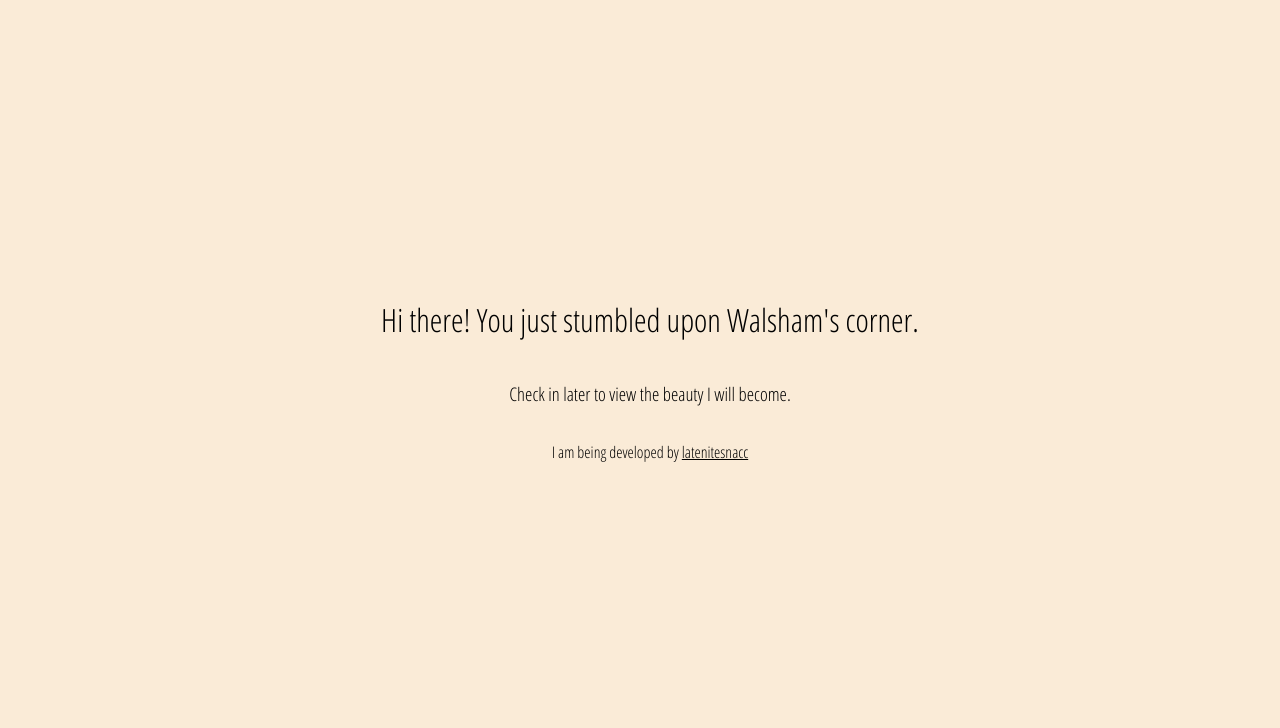
Repository: latenightsnacc/Coming-Soon-Pages
Page: index.html
These files come from the project's save history. The page is drawn as it stood at one moment and after the next save; the edit follows.
The browser window is 1280 px wide. The pictures show the whole page.

Above is the page before, as saved 2020-10-13 15:57:49.

### index.html
<!DOCTYPE html>
<html lang="en">
<head>
    <meta charset="UTF-8">
    <meta name="viewport" content="width=device-width, initial-scale=1.0">
    <link href="https://fonts.googleapis.com/css2?family=Open+Sans+Condensed:wght@300&display=swap" rel="stylesheet">
    <title>Welcome to Walsham's Corner | Walsham's corner</title>
    <style>
        html,body{
            background-color: antiquewhite;
            height: 100%;
            overflow: hidden;
        }
        .container {
            display: flex;
            flex-direction: column;
            justify-content: center;
            align-items: center;
            padding: 10px;
            width: 100%;
            height: 100%;
        }
        .text-center{
            text-align: center;
        }
        h1, h3, p, a {
           font-family: 'Open Sans Condensed', sans-serif;
           color: black;
           font-weight: 300;
        }
    </style>
</head>

<body>
    <div class="container text-center">
        <h1>Hi there! You just stumbled upon Walsham's corner.</h1>
        <h3>Check in later to view the beauty I will become.</h3>
        <p>I am being developed by <a href="mailto:egonubuchi97@gmail.com">latenitesnacc</a> </p>

    </div>
</body>
</html>

After the next save:
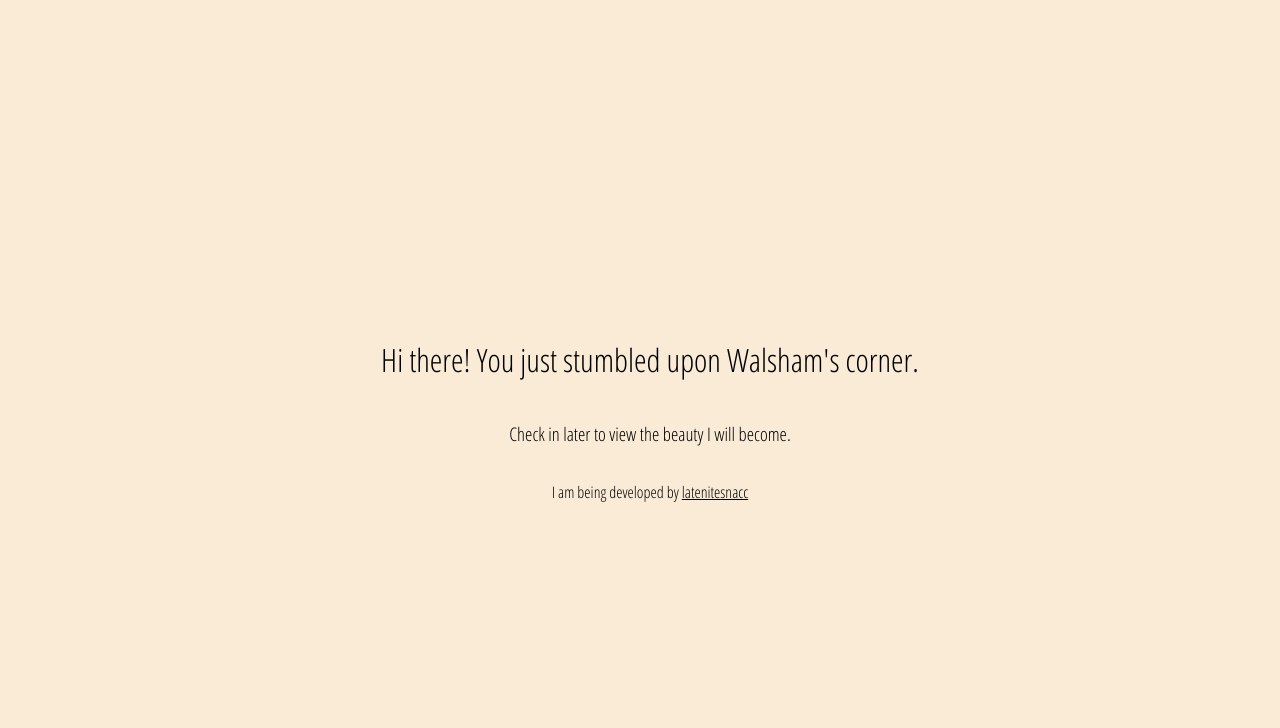
Saved 25 s later.
--- a/index.html
+++ b/index.html
@@ -15,7 +15,7 @@
             display: flex;
             flex-direction: column;
             justify-content: center;
-            align-items: center;
+            margin-top: 40px;
             padding: 10px;
             width: 100%;
             height: 100%;
